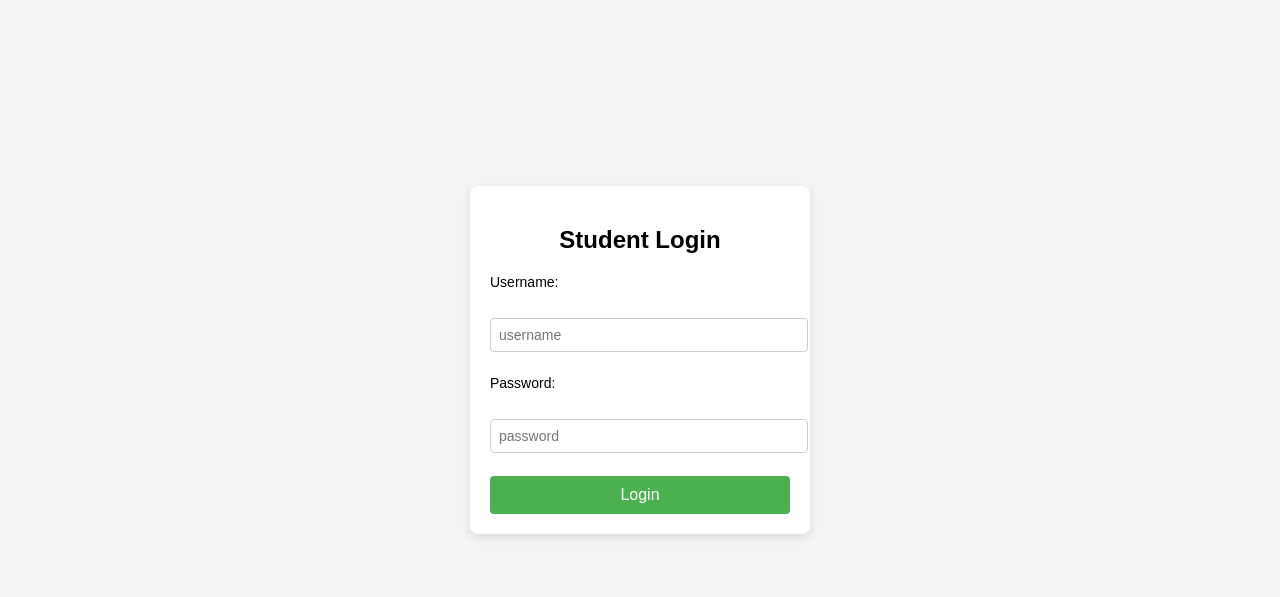
Repository: snehal-shinde151/my_repo
Page: classpro/src/main/webapp/login.html
The author's editor kept a copy of each file at every save. The page is drawn from the files as they stood at one save, then again after the next save.
The browser window is 1280 px wide. The pictures show the whole page.

Above is the page before, as saved 2025-03-11 04:03:21.

### classpro/src/main/webapp/login.html
<!DOCTYPE html>
<html>
<head>
<meta charset="UTF-8">
<title>Insert title here</title>
</head>

<head>
    <meta charset="UTF-8">
    <meta name="viewport" content="width=device-width, initial-scale=1.0">
    <title>Student Login Form</title>
    <style>
        body {
            font-family: Arial, sans-serif;
            background-color: #f4f4f4;
            display: flex;
            justify-content: center;
            align-items: center;
            height: 100vh;
            margin: 0;
        }
        .login-container {
            background-color: white;
            padding: 20px;
            border-radius: 8px;
            box-shadow: 0 4px 8px rgba(0, 0, 0, 0.1);
            width: 300px;
        }
        .login-container h2 {
            text-align: center;
            margin-bottom: 20px;
        }
        .form-group {
            margin-bottom: 15px;
        }
        label {
            display: block;
            font-size: 14px;
            margin-bottom: 5px;
        }
        input[type="text"], input[type="password"] {
            width: 100%;
            padding: 8px;
            margin: 5px 0;
            border: 1px solid #ccc;
            border-radius: 4px;
            font-size: 14px;
        }
        button {
            width: 100%;
            padding: 10px;
            background-color: #4CAF50;
            color: white;
            border: none;
            border-radius: 4px;
            font-size: 16px;
            cursor: pointer;
        }
        button:hover {
            background-color: #45a049;
        }
        .footer {
            text-align: center;
            margin-top: 15px;
        }
    </style>
</head>
<body>
    <div class="login-container">
        <h2>Student Login</h2>
        <form action="Servlet" method="service">
        <input type="hidden" name="str" value="login">
         <label>Username:</label>&nbsp;<input type="text" name="username" placeholder="username"required>&nbsp;&nbsp;&nbsp;
         <label>Password:</label>&nbsp;<input type="text" name="password" placeholder="password"required>&nbsp;&nbsp;&nbsp;


            <button type="submit">Login</button>
            <a href="Welcom1.html"></a>
        </form>
       <!--  <div class="footer">
            <p>Forgot password? <a href="Servlet">Click here</a></p>
        </div>-->
    </div>
</body>
</html>

</body>
</html>

After the next save:
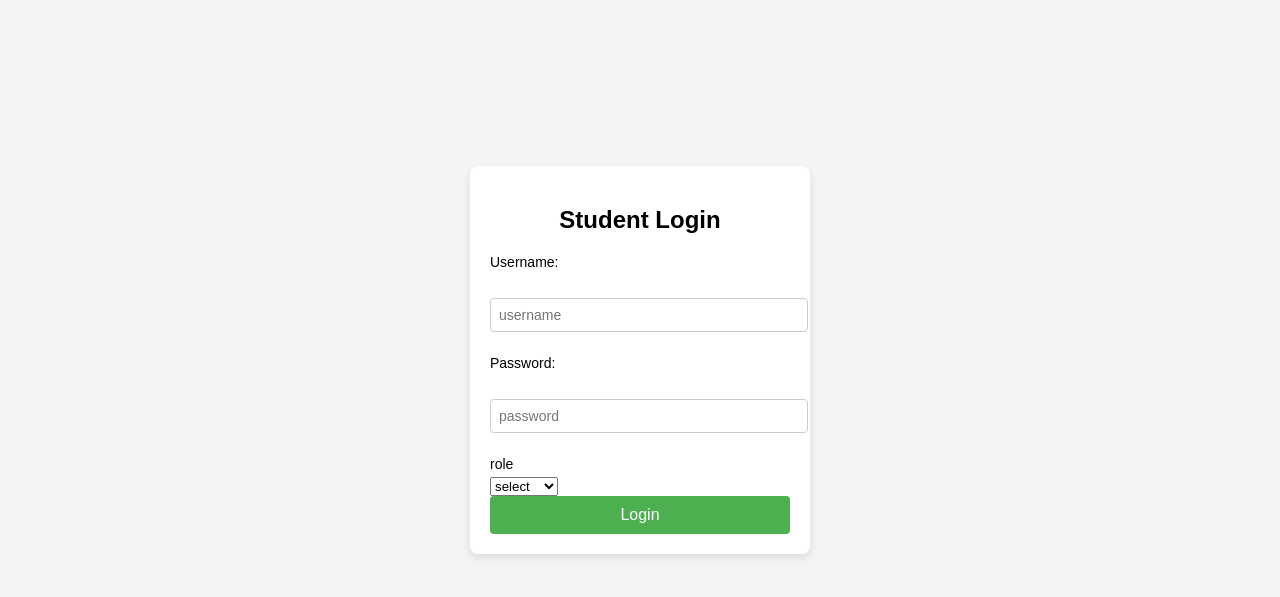
Saved 2 min 4 s later.
--- a/classpro/src/main/webapp/login.html
+++ b/classpro/src/main/webapp/login.html
@@ -73,8 +73,14 @@
          <label>Username:</label>&nbsp;<input type="text" name="username" placeholder="username"required>&nbsp;&nbsp;&nbsp;
          <label>Password:</label>&nbsp;<input type="text" name="password" placeholder="password"required>&nbsp;&nbsp;&nbsp;
 
+             <label for="role">role</label>
+            <select name="role">
+           <option value="select">select</option>
+			<option value="STUDENT">Student</option>
+			<option value="ADMIN">Admin</option>
+            </select>
 
-            <button type="submit">Login</button>
+            <button type="login">Login</button>
             <a href="Welcom1.html"></a>
         </form>
        <!--  <div class="footer">
